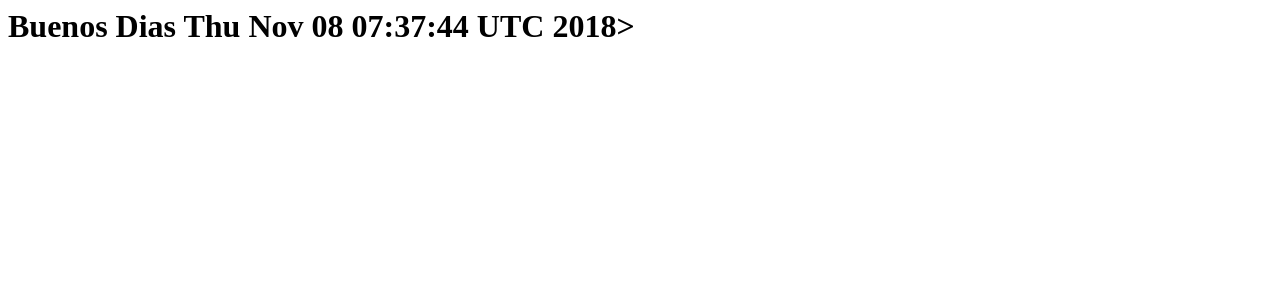
Repository: rengifolu/Blog
Page: http://localhost/PrimerosPasosJSP/saludo.jsp
These files come from the project's save history. The page is drawn as it stood at one moment and after the next save; the edit follows.
The browser window is 1280 px wide. The pictures show the whole page.
The page is served by Tomcat 9.

Above is the page before, as saved 2018-11-08 07:37:44.

After the next save:
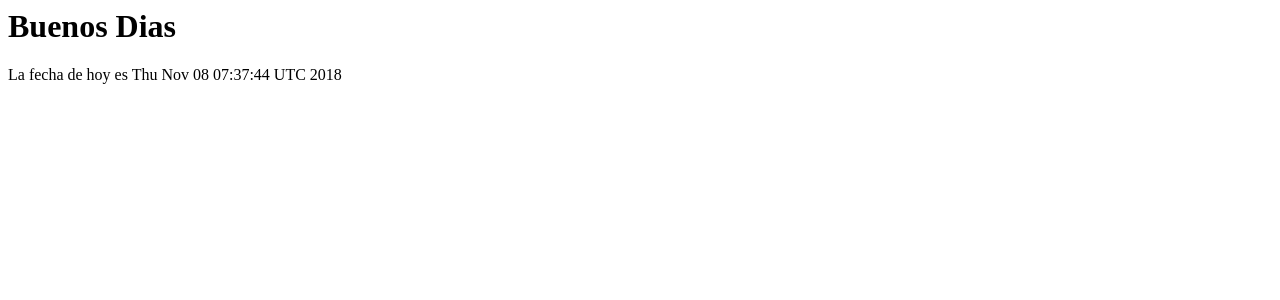
Saved 7 min 18 s later.
--- a/PrimerosPasosJSP/WebContent/saludo.jsp
+++ b/PrimerosPasosJSP/WebContent/saludo.jsp
@@ -3,7 +3,9 @@
 
 <body>
   <h1>
-      Buenos Dias <%= new Date() %>>
+      Buenos Dias
   </h1>
+
+      La fecha de hoy es  <%= new Date() %>
 </body>
 </html>
